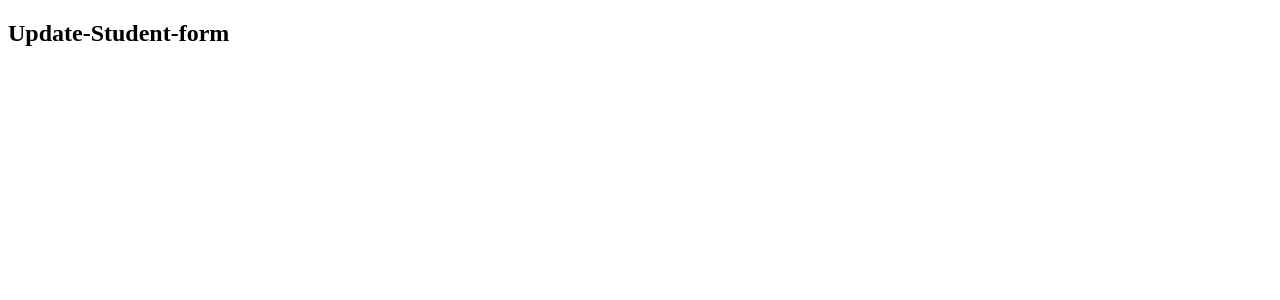
Repository: theslayer2964/Ahihihaha
Page: http://localhost/web_student_tracker/update-student-form.jsp
The author's editor kept a copy of each file at every save. The page is drawn from the files as they stood at one save, then again after the next save.
The browser window is 1280 px wide. The pictures show the whole page.
The page is served by Tomcat 9. Other server files are loaded and not shown.

Above is the page before, as saved 2022-03-05 01:46:18.

### web_student_tracker/src/main/webapp/update-student-form.jsp
<%@ page language="java" contentType="text/html; charset=ISO-8859-1"
    pageEncoding="ISO-8859-1"%>
<!DOCTYPE html>
<html>
<head>
<meta charset="ISO-8859-1">
<title>Insert title here</title>
</head>
<body>
	<h2>Update-Student-form</h2>
</body>
</html>

After the next save:
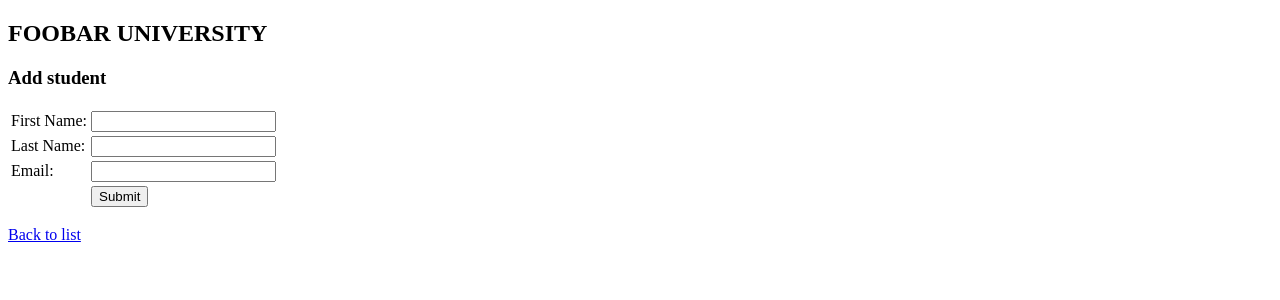
Saved 76 min 56 s later.
--- a/web_student_tracker/src/main/webapp/update-student-form.jsp
+++ b/web_student_tracker/src/main/webapp/update-student-form.jsp
@@ -7,6 +7,40 @@
 <title>Insert title here</title>
 </head>
 <body>
-	<h2>Update-Student-form</h2>
+	<div id="wrapper">
+        <div id="header">
+            <h2>FOOBAR UNIVERSITY</h2>
+        </div>
+    </div>
+    <div id="container">
+        <h3>Add student</h3>
+        <form action="StudentControllerServlet" method="get">
+            <input type="hidden" name="command" value="ADD">
+            <table>
+                <tbody>
+                    <tr>
+                        <td><label for="firstName">First Name:</label></td>
+                        <td><input type="text" name="firstName"></td>
+                    </tr>
+                    <tr>
+                        <td><label for="lastName">Last Name:</label></td>
+                        <td><input type="text" name="lastName"></td>
+                    </tr>
+                    <tr>
+                        <td><label>Email:</label></td>
+                        <td><input type="text" name="email"></td>
+                    </tr>
+                    <tr>
+                        <td><label for=""></label></td>
+                        <td><input type="submit" name="Save" class="save"></td>
+                    </tr>
+                </tbody>
+            </table>
+        </form>
+        <div style="clear: both;"></div>
+        <p>
+            <a href="StudentControllerServlet">Back to list</a>
+        </p>
+    </div>
 </body>
 </html>
